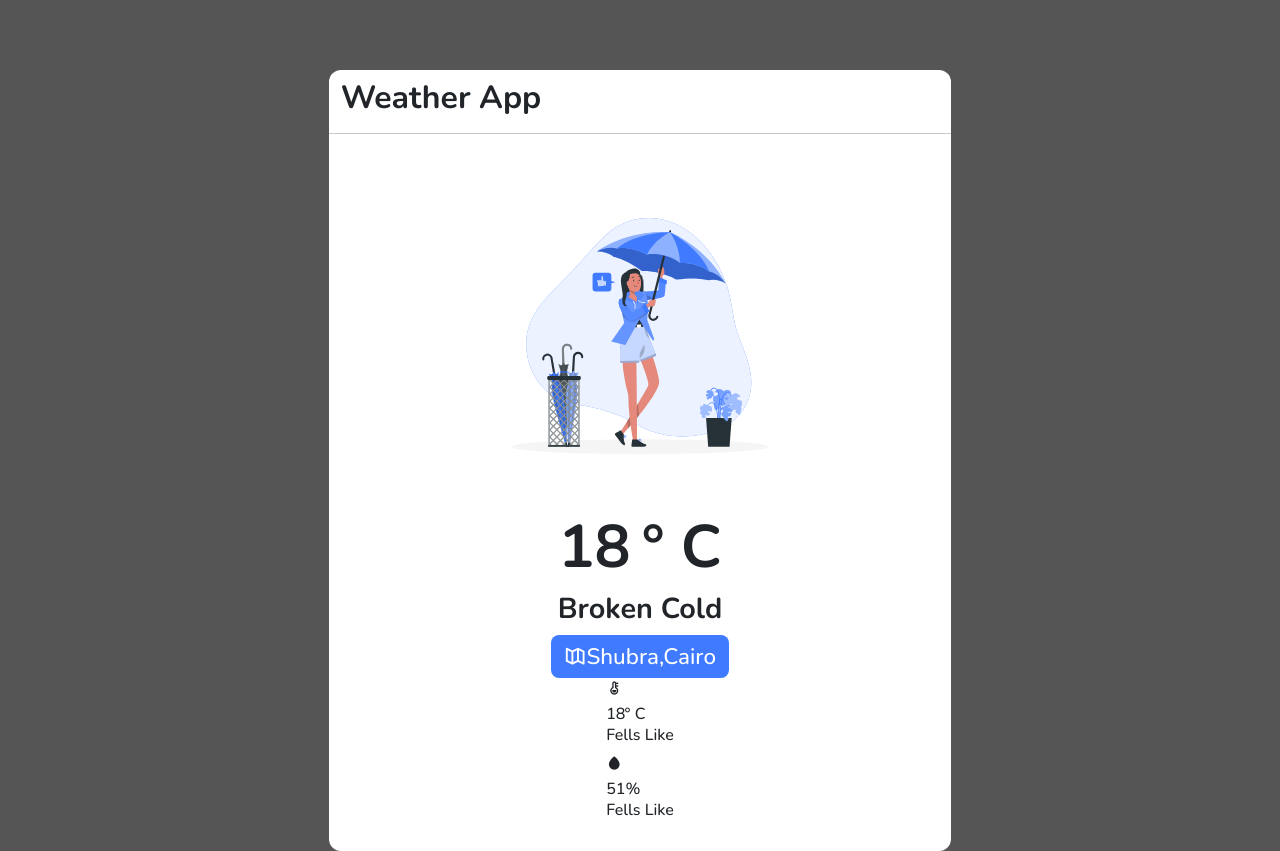
Repository: youssef168/Weather-App
Page: index.htm
An editor plug-in stored every save of this project. The page is shown before and after the next save, followed by the edit.
The browser window is 1280 px wide. The pictures show the whole page.

Above is the page before, as saved 2021-12-28 20:08:21.

After the next save:
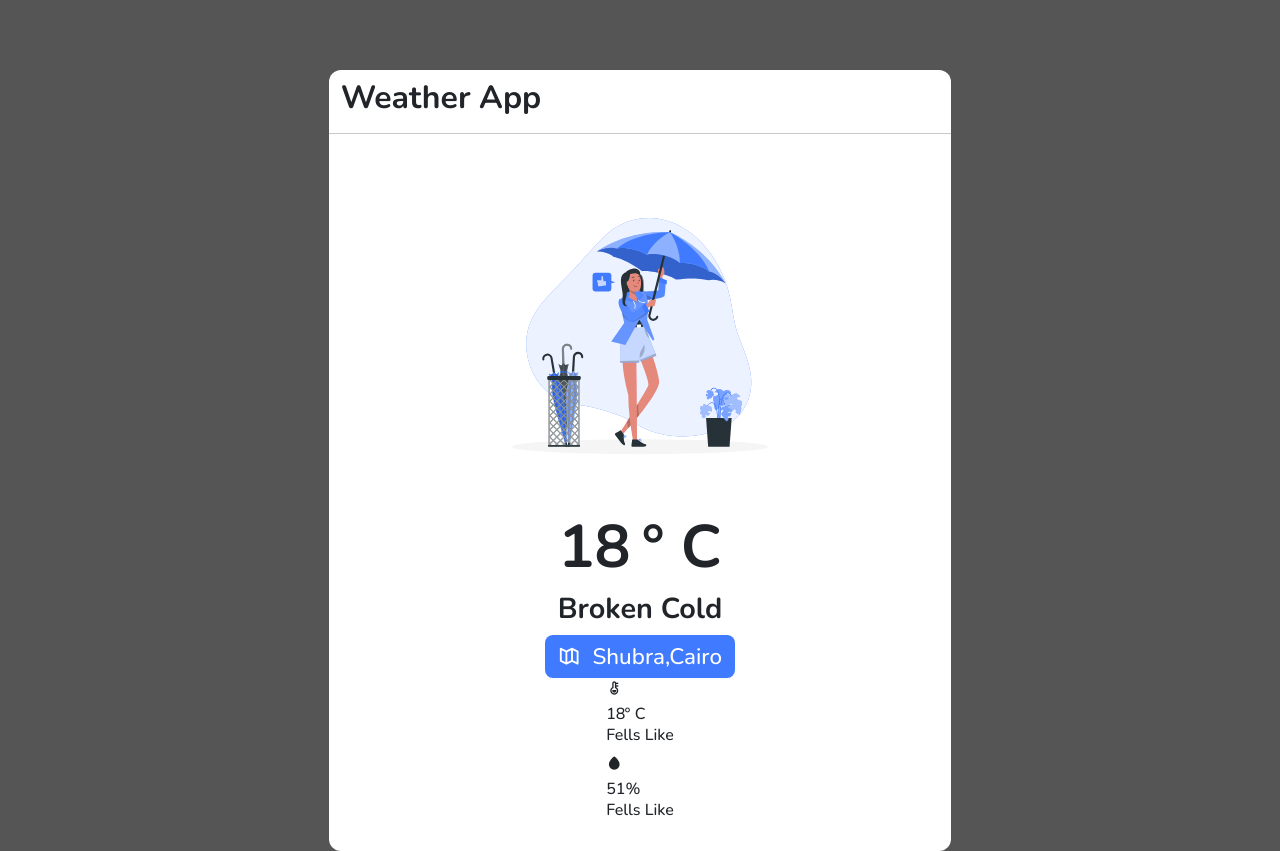
Saved 67 s later.
--- a/style.css
+++ b/style.css
@@ -66,3 +66,7 @@ h2 {
     border-radius: 8px;
 
 }
+
+.location .bx-map-alt {
+    margin-right: 12px;
+}
